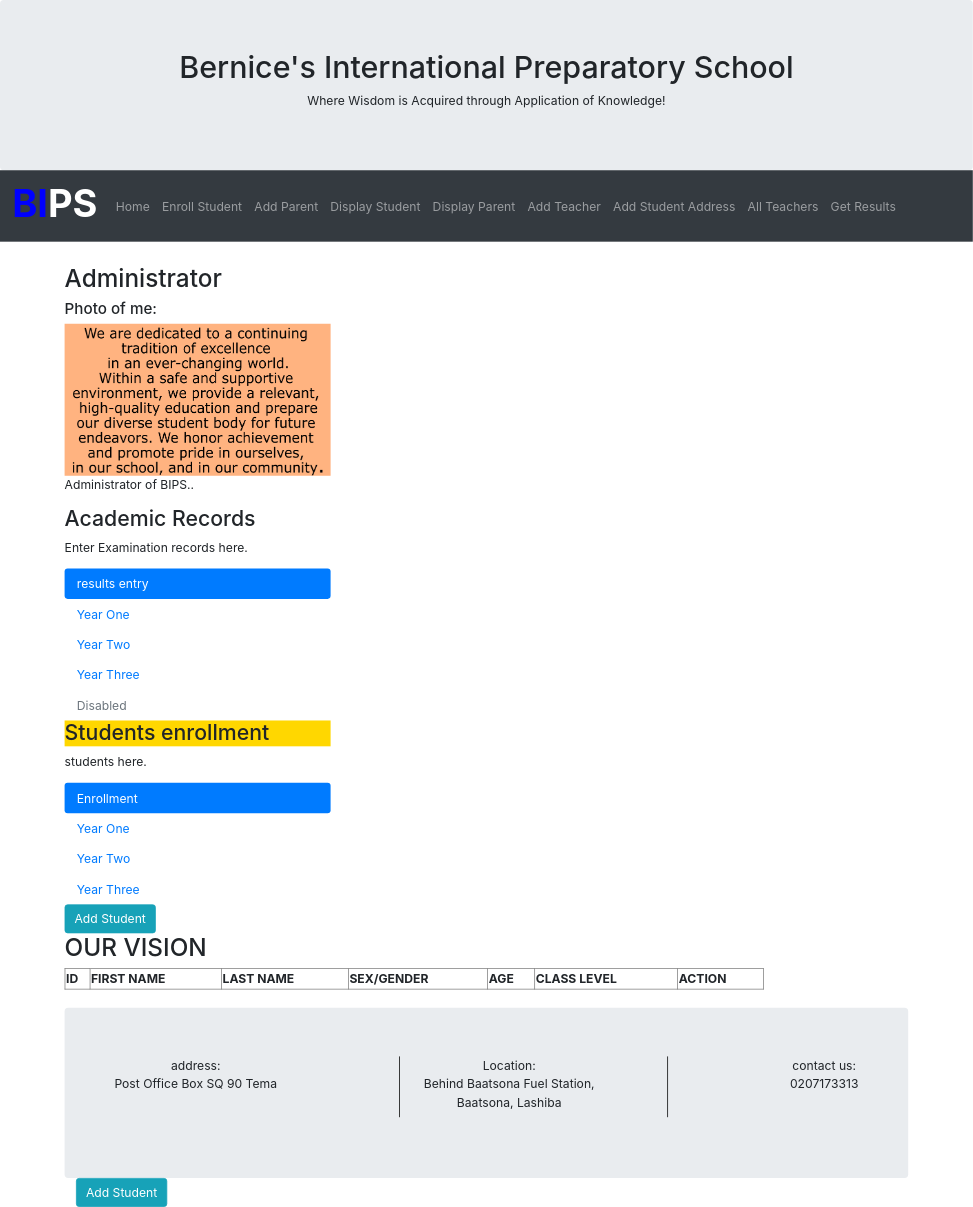
Repository: joseackah/eclipse-workspace
Page: http://localhost/com.school.mgt.system.Front.End/WEB-INF/views/adminHomePageExample2.jsp
These files come from the project's save history. The page is drawn as it stood at one moment and after the next save; the edit follows.
The browser window is 1280 px wide. The pictures show the whole page, at 76% of full size.
The page is served by Tomcat 9. Nobody is signed in. The template is opened directly, without the code that normally fills it, so the values that code supplies are empty.

Above is the page before, as saved 2021-08-15 23:13:00.

After the next save:
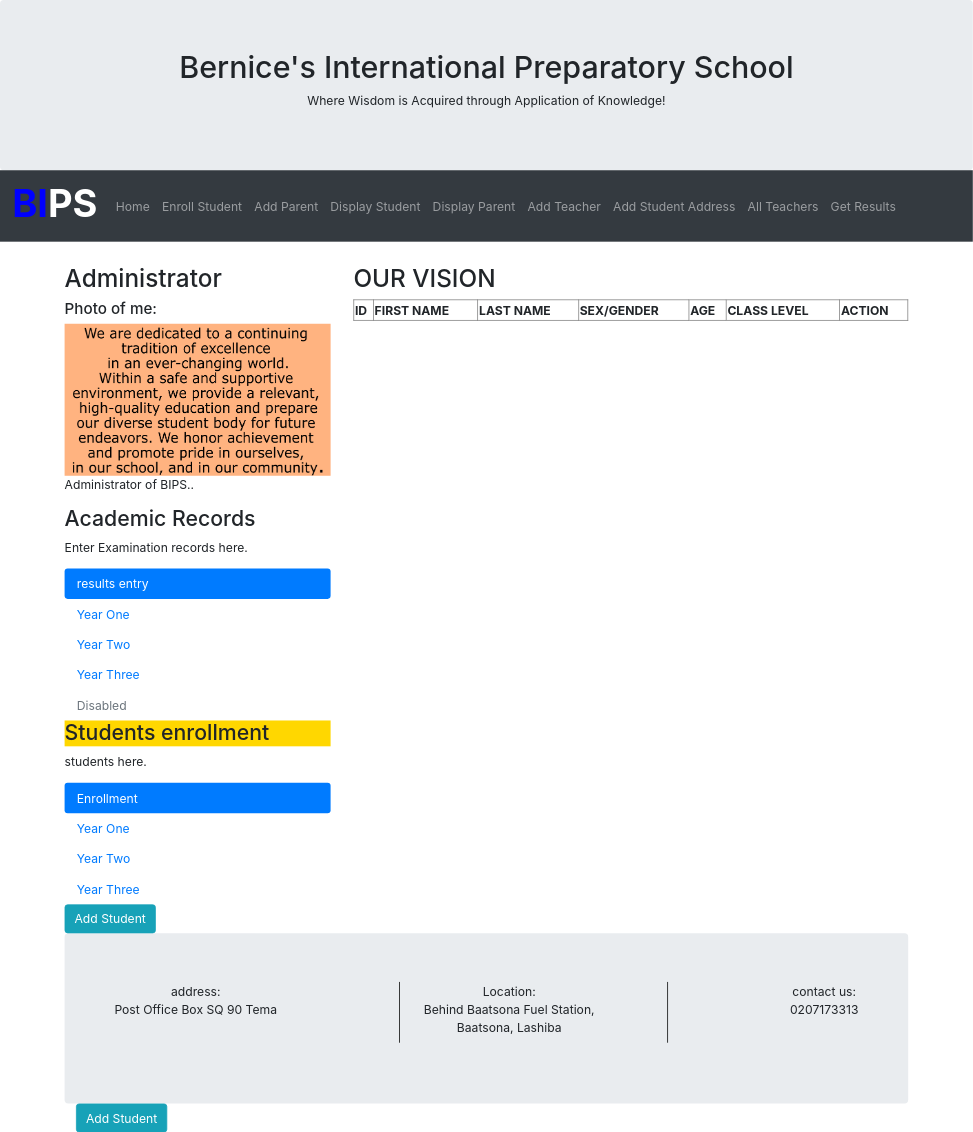
Saved 45 s later.
--- a/com.school.mgt.system.Front.End/src/main/webapp/WEB-INF/views/adminHomePageExample2.jsp
+++ b/com.school.mgt.system.Front.End/src/main/webapp/WEB-INF/views/adminHomePageExample2.jsp
@@ -127,7 +127,7 @@
 			</div>
 
 			<!-- mission start here -->
-			<div class="col-lg-10">
+			<div class="col-lg-8">
 				<h2>OUR VISION</h2>
 
 				<table border="1" id="name" style="width: 100%;">
